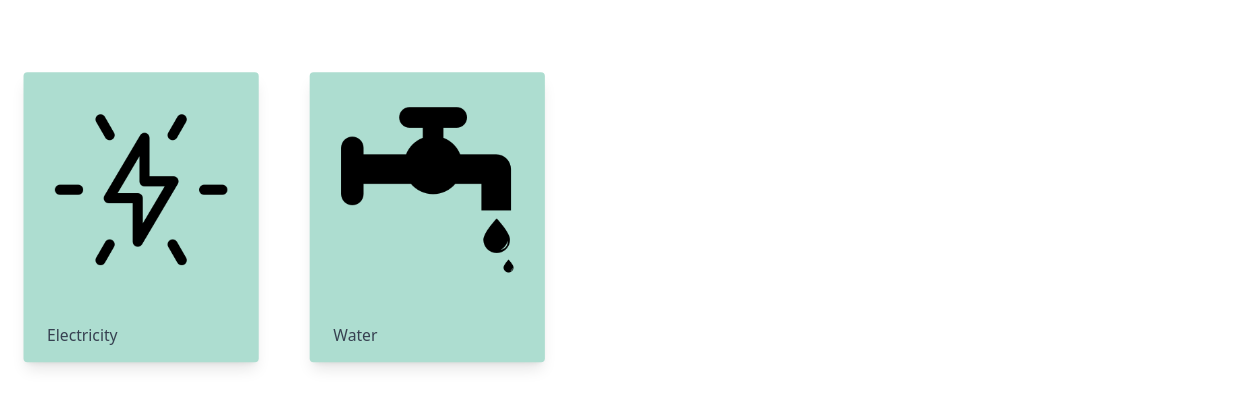
Repository: theamgri/Dormitory-Management-System
Page: home.html
These files come from the project's save history. The page is drawn as it stood at one moment and after the next save; the edit follows.
The browser window is 1280 px wide. The pictures show the part of the page from y = 1018 to 1986 px (the page is 1434 px tall before and 1986 px after), at 98% of full size.
A picture or video elsewhere on the page could not be fetched, so the positions and the page height are approximate. Some web libraries are served in a nearby version.

Above is the page before, as saved 2022-12-02 15:36:02.

After the next save:
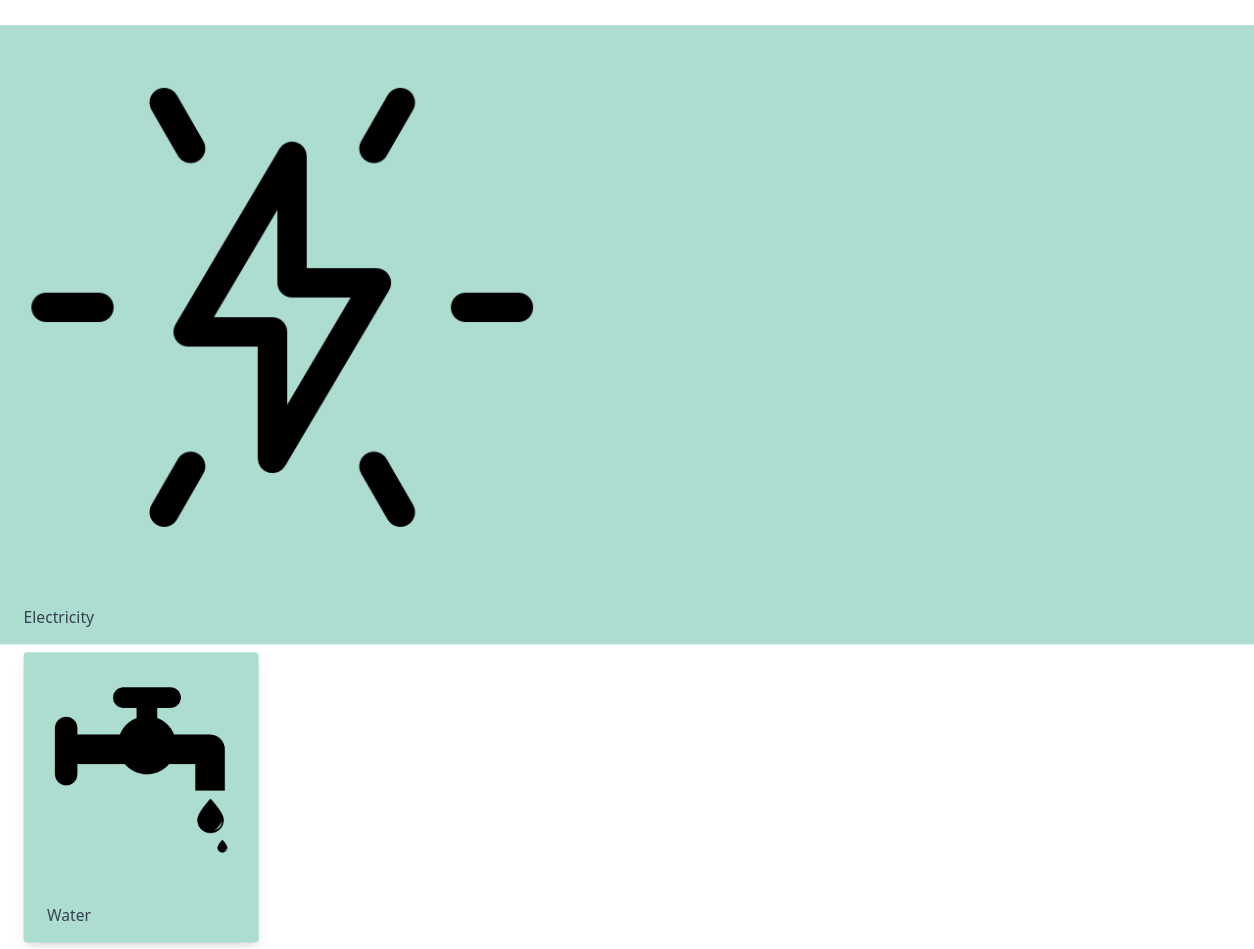
Saved 7 s later.
--- a/home.html
+++ b/home.html
@@ -142,7 +142,7 @@
 
 </div>
 
-<div class="items-center py-10">
+<div class="items-center mt-4>
   <div class="inline-block md:w-32 lg:w-60 sm:mx-6 sm:mt-2 sm:max-w-sm rounded overflow-hidden shadow-lg" style="background-color: #ADDDD0">
     <img style="padding: 2rem;" src="electricity.png" alt="Pending Registration">
     <div class="px-6 py-4">
